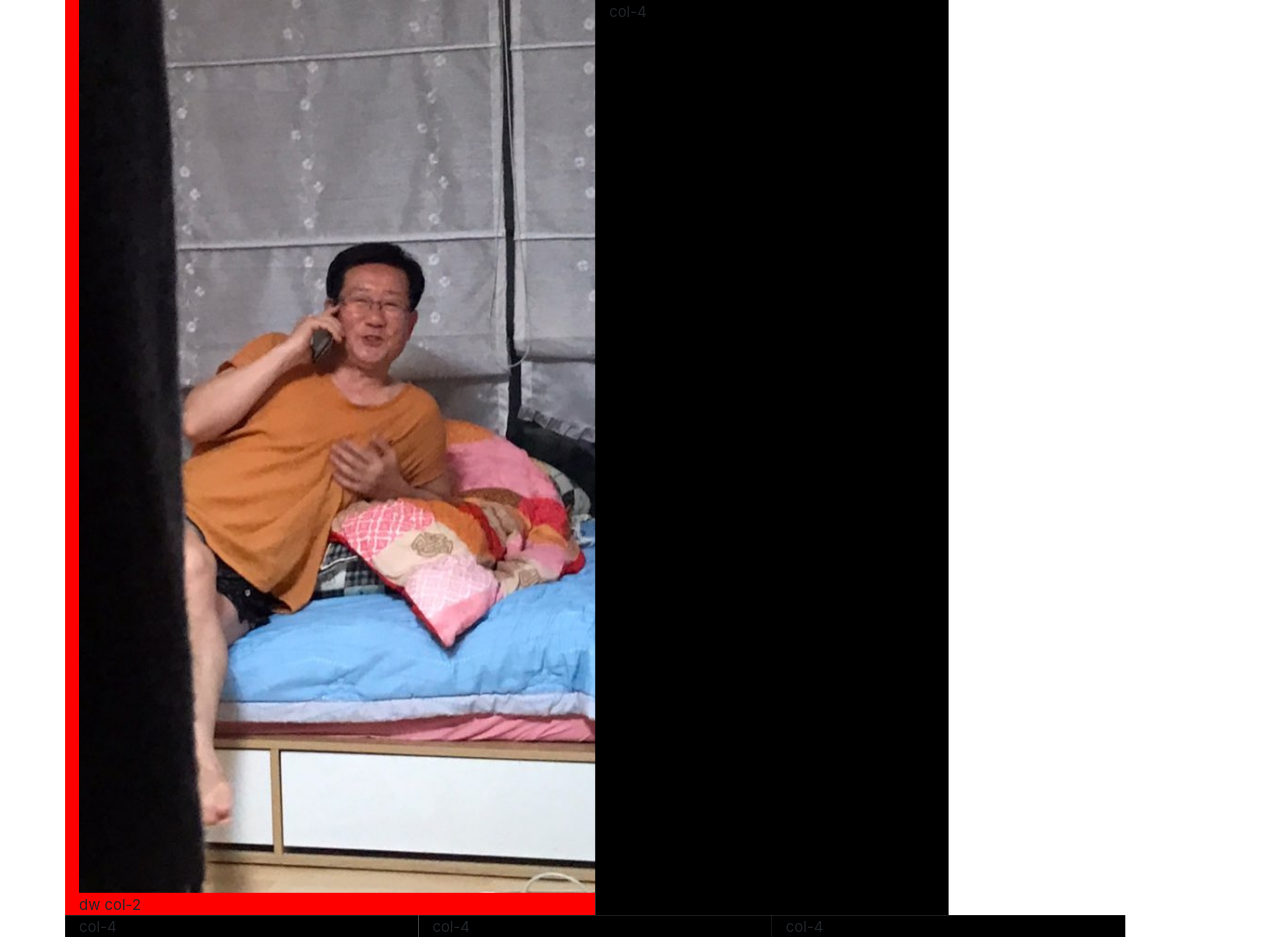
Repository: seungminlll3420/ruby_on_rails
Page: wep.html
The author's editor kept a record of every edit. The page is drawn from the files as they stood at one moment, then again after the next edit.
The browser window is 1280 px wide. The page is 1280 px wide, then 1375 px, so the pictures cover 1375 px, including what lies to the right of the window. The pictures show the whole page, at 93% of full size.

Above is the page before.

### wep.html

</html>
<!doctype html>
<html lang="en">
  <head>
    <!-- Required meta tags -->
    <meta charset="utf-8">
    <meta name="viewport" content="width=device-width, initial-scale=1, shrink-to-fit=no">

    <!-- Bootstrap CSS -->
    <link rel="stylesheet" href="https://stackpath.bootstrapcdn.com/bootstrap/4.4.1/css/bootstrap.min.css" integrity="sha384-Vkoo8x4CGsO3+Hhxv8T/Q5PaXtkKtu6ug5TOeNV6gBiFeWPGFN9MuhOf23Q9Ifjh" crossorigin="anonymous">

    <title>Hello, world!</title>
  </head>
  <body>
      <div class="container">
        <div class="row">
            <div class="col-6" style="background-color: red;">
                <img src="./img/이종호.jpg">dw</img>
                col-2
            </div>
            <div class="col-4" style="background-color: black;">
                col-4
            </div>

        </div>
        <div class="row">
            <div class="col-4" style="background-color: black;">
                col-4
            </div>
            <div class="col-4" style="background-color: black;">
                col-4
            </div>
            <div class="col-4" style="background-color: black;">
                col-4
            </div>
        </div>
    </div>
    <!-- Optional JavaScript -->
    <!-- jQuery first, then Popper.js, then Bootstrap JS -->
    <script src="https://code.jquery.com/jquery-3.4.1.slim.min.js" integrity="sha384-J6qa4849blE2+poT4WnyKhv5vZF5SrPo0iEjwBvKU7imGFAV0wwj1yYfoRSJoZ+n" crossorigin="anonymous"></script>
    <script src="https://cdn.jsdelivr.net/npm/popper.js@1.16.0/dist/umd/popper.min.js" integrity="sha384-Q6E9RHvbIyZFJoft+2mJbHaEWldlvI9IOYy5n3zV9zzTtmI3UksdQRVvoxMfooAo" crossorigin="anonymous"></script>
    <script src="https://stackpath.bootstrapcdn.com/bootstrap/4.4.1/js/bootstrap.min.js" integrity="sha384-wfSDF2E50Y2D1uUdj0O3uMBJnjuUD4Ih7YwaYd1iqfktj0Uod8GCExl3Og8ifwB6" crossorigin="anonymous"></script>
  </body>
</html>

After the next edit:
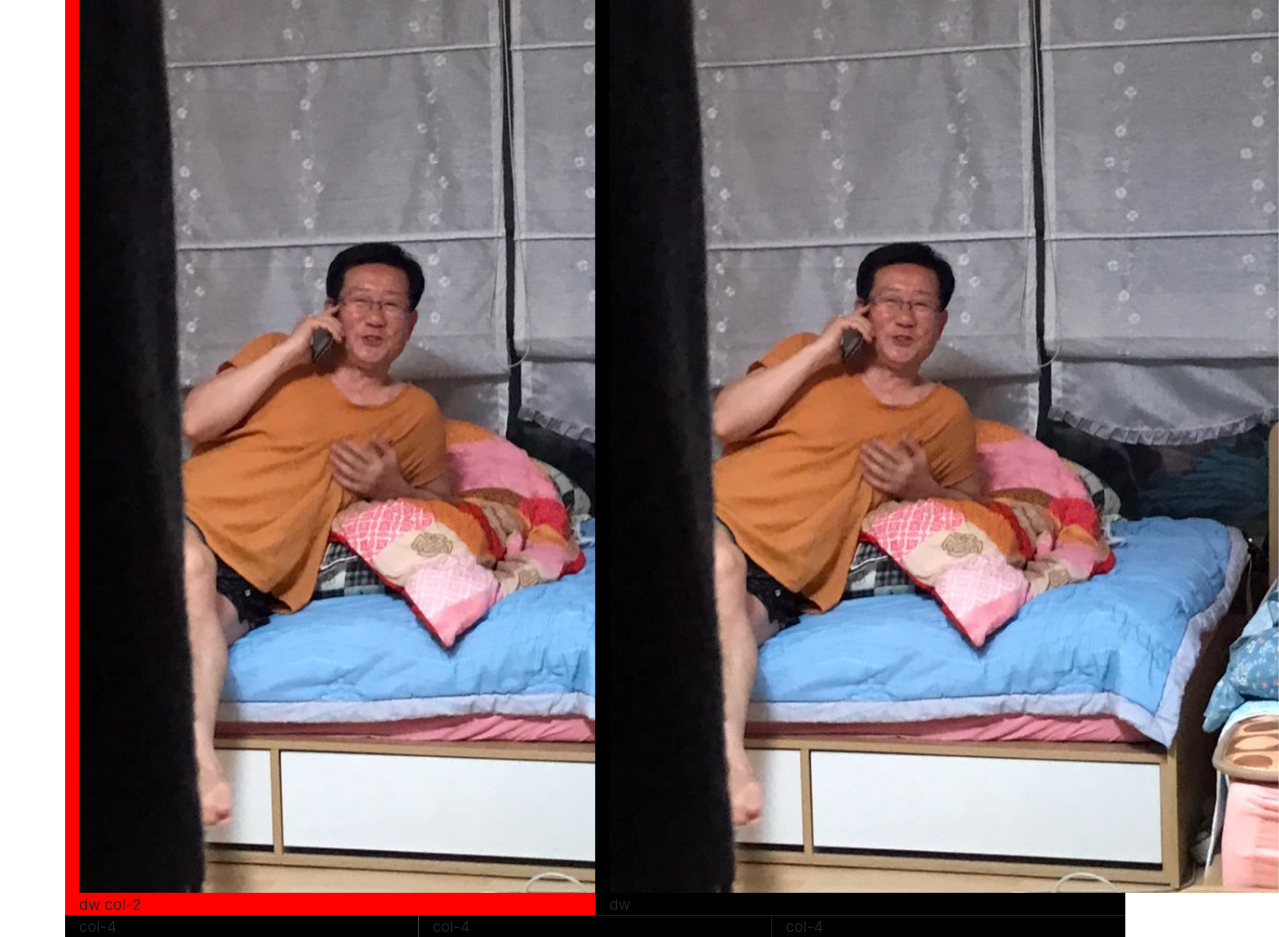
The edit:
--- a/wep.html
+++ b/wep.html
@@ -19,8 +19,8 @@
                 <img src="./img/이종호.jpg">dw</img>
                 col-2
             </div>
-            <div class="col-4" style="background-color: black;">
-                col-4
+            <div class="col-6" style="background-color: black;">
+                <img src="./img/이종호.jpg">dw</img>
             </div>
 
         </div>
